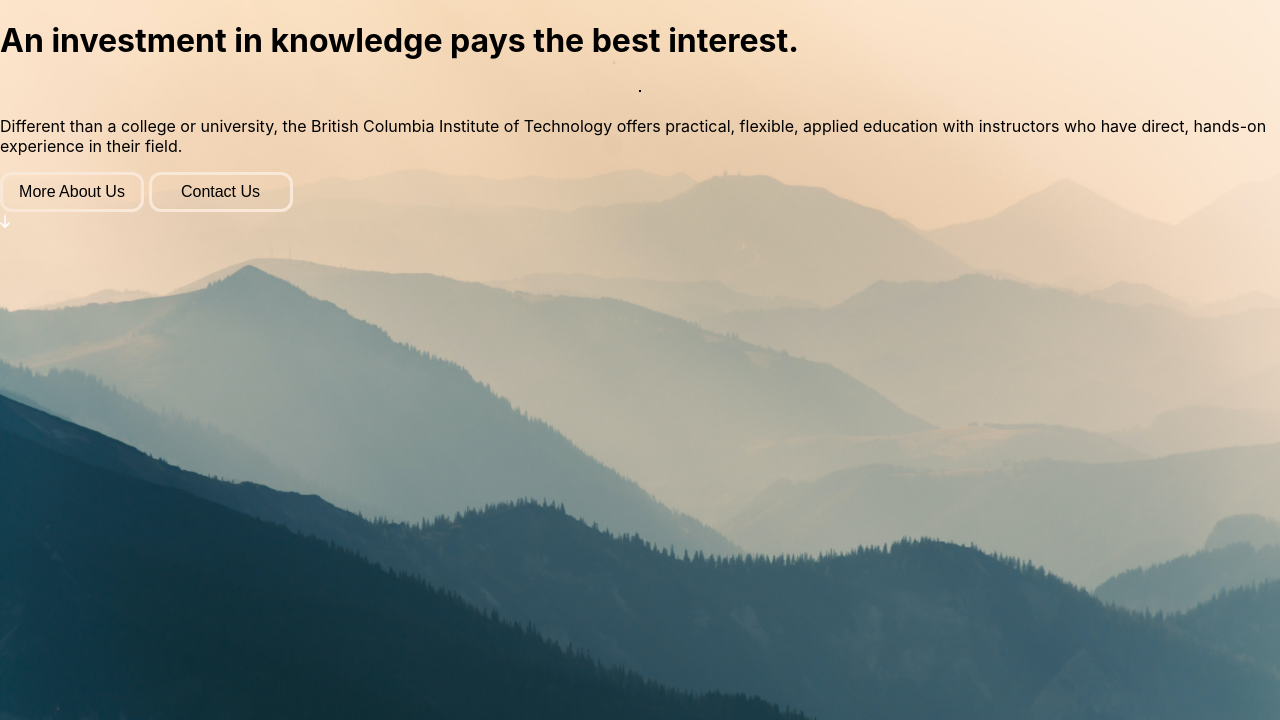
Repository: SaraShio/A01314209_Sara_Shiojima
Page: /
The author's editor kept a copy of each file at every save. The page is drawn from the files as they stood at one save, then again after the next save.
The browser window is 1280 px wide. The pictures show the whole page.
The project was rebuilt for these pictures with package versions that can differ from the ones it lists, and the page was loaded fresh each time. The framework's server and built-in components were replaced by stand-ins that run in the browser. Also part of the build but not shown: next.config.js.

Above is the page before, as saved 2023-02-07 22:31:14.

After the next save:
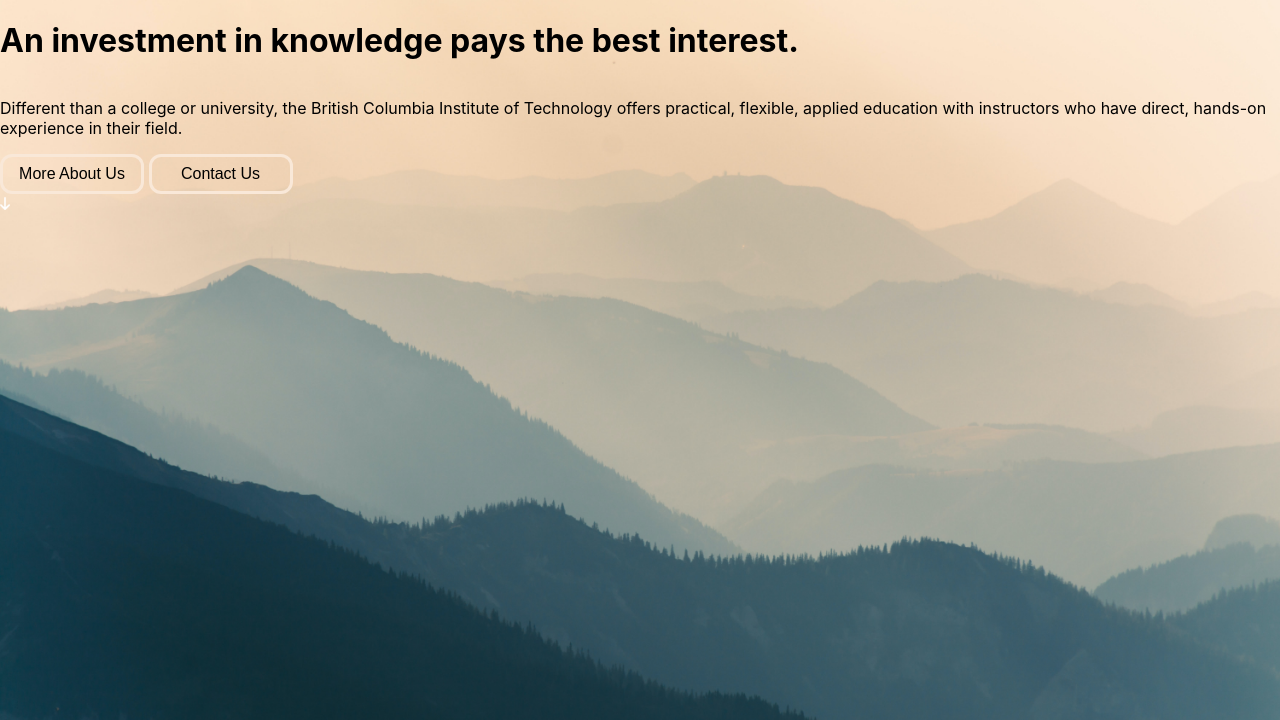
Saved 28 s later.
--- a/pages/index.js
+++ b/pages/index.js
@@ -20,7 +20,6 @@ export default function Home() {
           <header>
             <h1>An investment in knowledge pays the best interest.</h1>
           </header>
-          <hr className={styles.line}></hr>
           <p>Different than a college or university, the British Columbia Institute of Technology offers practical, flexible, applied education with instructors who have direct, hands-on experience in their field.</p>
           <div>
             <a href='/about'> <button className={styles.button}>More About Us</button></a>
